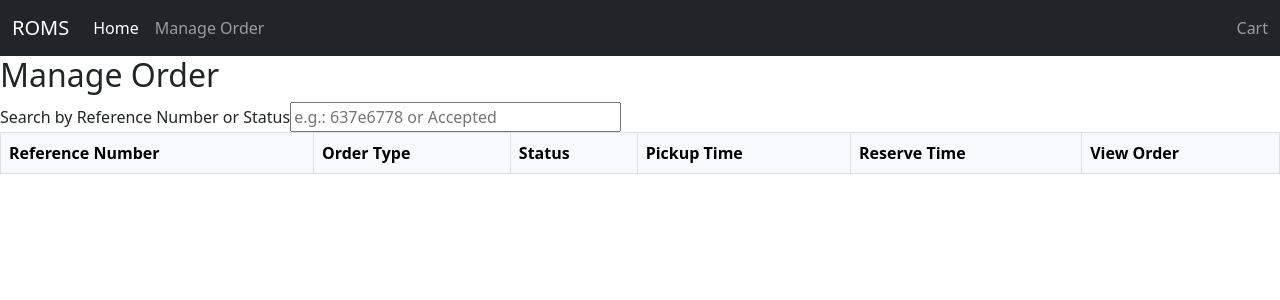
Repository: kayc529/comp231-f22-team4-roms
Page: /manageOrder
The author's editor kept a copy of each file at every save. The page is drawn from the files as they stood at one save, then again after the next save.
The browser window is 1280 px wide. The pictures show the whole page.
The page's requests for data from a server got no answer. The project was rebuilt for these pictures with package versions that can differ from the ones it lists, and the page was loaded fresh each time. No one was signed in, and anything a server would have sent is missing. Also part of the build but not shown: src/components/ExampleComponent.js, src/components/ExampleBox.js, src/pages/example/ExampleHomePage.js, src/pages/example/ExampleNotFoundPage.js, src/features/cart/cartActions.js, src/pages/Cart.js, src/pages/ViewOrder.js.

Above is the page before, as saved 2022-12-04 23:45:19.

### src/index.js
import React from 'react';
import { createRoot } from 'react-dom/client';
import { Provider } from 'react-redux';
import './index.css';
import store from './store';
import App from './App';
//stylesheet for bootstrap
import 'bootstrap/dist/css/bootstrap.min.css';
import 'bootstrap/dist/js/bootstrap.min.js';

const container = document.getElementById('root');
const root = createRoot(container);

root.render(
  <Provider store={store}>
    <App />
  </Provider>
);

### src/index.css
body {
  margin: 0;
  font-family: -apple-system, BlinkMacSystemFont, 'Segoe UI', 'Roboto', 'Oxygen',
    'Ubuntu', 'Cantarell', 'Fira Sans', 'Droid Sans', 'Helvetica Neue',
    sans-serif;
  -webkit-font-smoothing: antialiased;
  -moz-osx-font-smoothing: grayscale;
  color: black;
}

code {
  font-family: source-code-pro, Menlo, Monaco, Consolas, 'Courier New',
    monospace;
}

/*Cart Page*/
.cartItem {
  display: grid;
  row-gap: 0.5rem;
  padding: 15px 30px;
}

.cartItem .img-thumbnail{
  max-width: 100px;
}

/*STUFF FOR SIGNIN/SIGNUP PORTIONS*/

.signin-form {
  max-width: 30rem;
  margin-top: 3rem;
}

.signin-form input {
  margin-bottom: 2em;
  text-align: center;
}

.signin-form a {
  text-decoration: none;
  color: black;
  font-size: 1.5em;
  border-radius: 4px;
  padding: 10px;
}

.signin-form a:hover {
  transition: .5s ease-in-out;
  font-size: 1.8em;
  color: black;
}

.signup-container {
  margin-top: 3rem;
}

.signup-form {
  max-width: 30rem;
}

.signup-form input {
  text-align: center;
  margin-bottom: 15px;
}

.radio {
  margin-right: 5px;
  margin-left: 20px;
  margin-top: 10px;
}

/*END OF STUFF FOR SIGNIN/SIGNUP PORTIONS*/

### src/store.js
import { configureStore } from '@reduxjs/toolkit';
import exampleReducer from './features/example/exampleSlice';
import cartReducers from './features/cart/cartReducers';
import menuReducer from './features/menu/menuSlice';
import staffReducer from './features/staff/staffSlice';


//YOU MUST PUT THE REDUCER INSIDE THE STORE
//OR ELSE YOU CAN'T DISPATCH THEIR ACTIONS FROM ANY OF THE APP COMPONENTS
const store = configureStore({
  reducer: {
    example: exampleReducer,
    cart: cartReducers,
    menu: menuReducer,
    staff: staffReducer
  },
});

export default store;

### src/App.js
import { Routes, Route, BrowserRouter } from 'react-router-dom';
import ExampleHomePage from './pages/example/ExampleHomePage';
import ExampleNotFoundPage from './pages/example/ExampleNotFoundPage';
import Menu from './components/Menu';
import CartPage from './pages/Cart';
import ManageOrderPage from './pages/ManageOrder';
import ViewOrderPage from './pages/ViewOrder';

function App() {
  return (
    <>
      <BrowserRouter>
        <Routes>
          <Route path='/' element={<Menu />}>
            <Route index element={<ExampleHomePage />} />
            <Route path='cart' element={<CartPage />} />
            <Route path='manageOrder' element={<ManageOrderPage/>} />
            <Route path='viewOrder/:id' element={<ViewOrderPage/>} />
            {/* add page here if you want the shared layout*/}
          </Route>
          {/* add page here if you don't want the shared layout*/}

          {/* !!not found page must be placed at the very end!!*/}
          <Route path='*' element={<ExampleNotFoundPage />} />
        </Routes>
      </BrowserRouter>
    </>
  );
}

export default App;

### src/features/example/exampleSlice.js
import { createSlice, createAsyncThunk } from '@reduxjs/toolkit';
import { getUniversityListThunk } from './exampleThunk';

//slice is similar to a feature of the app
//data manipulations that are related to the feature are placed together

//--CREATE INITIAL STATE OF THE SLICE
const initialState = {
  exampleList: [],
  isLoading: false,
  isSwitchOn: false,
};

//--DECLARE AN ACTION
//an async action requires an async thunk(aka middleware)
export const getUniversityList = createAsyncThunk(
  'example/getUniversityList',
  async (countryName, thunkAPI) => {
    return getUniversityListThunk(
      `http://universities.hipolabs.com/search?country=${countryName}`,
      thunkAPI
    );
  }
);

//--CREATE SLICE
const exampleSlice = createSlice({
  name: 'example',
  initialState,
  //reducers are for actions that do not require calling API
  //--DECLARE REDUCER
  reducers: {
    toggleSwitch: (state) => {
      state.isSwitchOn = !state.isSwitchOn;
    },
  },
  //extra reducers are for actions that require calling API (or some other async functions)
  //you can change the value of the states at differnt status of the action i.e. pending, fulfilled, rejected
  //--DECLARE EXTRA REDUCER
  extraReducers: {
    [getUniversityList.pending]: (state) => {
      state.isLoading = true;
    },
    [getUniversityList.fulfilled]: (state, { payload }) => {
      //payload is the data
      //you may have to deconstruct the object depending on the structure of the returned object from the API
      //i.e. const { someFieldName } = payload <-this is called object deconstruction
      //in this example, the API directly returns the list we want so no deconstruction is needed
      state.exampleList = payload.slice(0, 10); //limit to 10 universities only for demo purpose
      state.isLoading = false;
      //you can also dispatch another action here after this action is fulfilled
    },
    [getUniversityList.rejected]: (state) => {
      state.isLoading = false;
      //you can do some error handling here
    },
  },
});

//you have to export both the reducers' actions and the extraReducers
//so that they can be put in the store
//and can be dispatched from other components
export const { toggleSwitch } = exampleSlice.actions;
export default exampleSlice.reducer;

//REMEBER TO PUT THE REDUCER IN THE STORE /src/store.js

### src/features/cart/cartReducers.js
import { ADD_TO_CART, DELETE_FROM_CART } from './cartConstants'

let initialCart = {
	cart: [],
};

if (localStorage.getItem('cart')) {
	initialCart.cart = JSON.parse(localStorage.getItem('cart'));
} else {
	initialCart.cart = [];
}

const cartReducers = (state = initialCart, action) => {
	switch (action.type) {
		case ADD_TO_CART:
		case DELETE_FROM_CART:
			return {
				cart: [...action.payload],
			};
		default:
			return state;
	}
};

export default cartReducers;

### src/features/menu/menuSlice.js
import { createSlice, createAsyncThunk } from '@reduxjs/toolkit';
import {
  getAllMenuItemsThunk,
  getMenuItemThunk,
  addMenuItemThunk,
  editMenuItemThunk,
  deleteMenuItemThunk,
  uploadMenuItemImageThunk,
} from './menuThunk';

const initialState = {
  menuItemList: [],
  menuItem: {},
  isLoading: false,
  errorMsg: '',
};

export const getAllMenuItems = createAsyncThunk(
  'menu/getAllMenuItems',
  async (_, thunkAPI) => {
    return getAllMenuItemsThunk('/menu', thunkAPI);
  }
);

export const getMenuItem = createAsyncThunk(
  'menu/getMenuItem',
  async (menuItemId, thunkAPI) => {
    return getMenuItemThunk(`/menu/${menuItemId}`, thunkAPI);
  }
);

export const addMenuItem = createAsyncThunk(
  'menu/addMenuItem',
  async (menuItemToAdd, thunkAPI) => {
    return addMenuItemThunk('/menu', menuItemToAdd, thunkAPI);
  }
);

export const editMenuItem = createAsyncThunk(
  'menu/editMenuItem',
  async (menuItemToEdit, thunkAPI) => {
    return editMenuItemThunk(
      `/menu/${menuItemToEdit._id}`,
      menuItemToEdit,
      thunkAPI
    );
  }
);

export const deleteMenuItem = createAsyncThunk(
  'menu/deleteMenuItem',
  async (menuItemId, thunkAPI) => {
    return deleteMenuItemThunk(`/menu/${menuItemId}`, thunkAPI);
  }
);

export const uploadMenuItemImage = createAsyncThunk(
  'menu/uploadMenuItemImage',
  async (menuItemId, imageData, thunkAPI) => {
    return uploadMenuItemImageThunk(
      `/menu/upload-image/${menuItemId}`,
      imageData,
      thunkAPI
    );
  }
);

const menuSlice = createSlice({
  name: 'menu',
  initialState,
  reducer: {},
  extraReducers: {
    //GET ALL MENU ITEMS
    [getAllMenuItems.pending]: (state) => {
      state.isLoading = true;
    },
    [getAllMenuItems.fulfilled]: (state, { payload }) => {
      const { menuItems } = payload;
      state.isLoading = false;
      state.menuItemList = menuItems;
    },
    [getAllMenuItems.rejected]: (state) => {
      state.isLoading = false;
    },
    //GET SINGLE MENU ITEM
    [getMenuItem.pending]: (state) => {
      state.isLoading = true;
      state.menuItem = {};
    },
    [getMenuItem.fulfilled]: (state, { payload }) => {
      const { menuItem } = payload;
      state.isLoading = false;
      state.menuItem = menuItem;
    },
    [getMenuItem.rejected]: (state) => {
      state.isLoading = false;
    },
    //ADD MENU ITEM
    [addMenuItem.pending]: (state) => {
      state.isLoading = true;
    },
    [addMenuItem.fulfilled]: (state, { payload }) => {
      state.isLoading = false;
      //the api will return the newly added menu item
      //you can add it to the state if needed
    },
    [addMenuItem.rejected]: (state) => {
      state.isLoading = false;
    },
    //EDIT MENU ITEM
    [editMenuItem.pending]: (state) => {
      state.isLoading = true;
    },
    [editMenuItem.fulfilled]: (state, { payload }) => {
      state.isLoading = false;
      //the api will return the updated menu item
      //you can add it to the state if needed
    },
    [editMenuItem.rejected]: (state) => {
      state.isLoading = false;
    },
    //DELETE MENU ITEM
    [deleteMenuItem.pending]: (state) => {
      state.isLoading = true;
    },
    [deleteMenuItem.fulfilled]: (state) => {
      state.isLoading = false;
    },
    [deleteMenuItem.rejected]: (state) => {
      state.isLoading = false;
    },
    //UPLOAD MENU ITEM IMAGE
    [uploadMenuItemImage.pending]: (state) => {
      state.isLoading = true;
    },
    [uploadMenuItemImage.fulfilled]: (state) => {
      state.isLoading = false;
    },
    [uploadMenuItemImage.rejected]: (state) => {
      state.isLoading = false;
    },
  },
});

export default menuSlice.reducer;

### src/features/staff/staffSlice.js
import { createSlice, createAsyncThunk } from '@reduxjs/toolkit';
import {
  getAllStaffsThunk,
  getStaffThunk,
  editStaffThunk,
  deleteStaffThunk,
} from './staffThunk';

const initialState = {
  staffsList: [],
  staff: {},
  isLoading: false,
  errorMsg: '',
};

export const getAllStaffs = createAsyncThunk(
  'staffs/getAllStaffs',
  async (_, thunkAPI) => {
    return getAllStaffsThunk('/staffs', thunkAPI);
  }
);

export const getStaff = createAsyncThunk(
  'staffs/getStaff',
  async (staffId, thunkAPI) => {
    return getStaffThunk(`/staffs/edit/${staffId}`, thunkAPI);
  }
);

export const editStaff = createAsyncThunk(
  'staffs/editStaff',
  async (updatedStaff, thunkAPI) => {
    return editStaffThunk(
      `/staffs/edit/${updatedStaff.id}`,
      updatedStaff,
      thunkAPI
    );
  }
);

export const deleteStaff = createAsyncThunk(
  'staffs/deleteStaff',
  async (staffId, thunkAPI) => {
    return deleteStaffThunk(`/staffs/delete/${staffId}`, thunkAPI);
  }
);

const staffSlice = createSlice({
  name: 'staff',
  initialState,
  reducer: {},
  extraReducers: {
    //GET ALL STAFFS
    [getAllStaffs.pending]: (state) => {
      state.isLoading = true;
    },
    [getAllStaffs.fulfilled]: (state, { payload }) => {
      const { staffs } = payload;
      state.isLoading = false;
      state.staffsList = staffs;
    },
    [getAllStaffs.rejected]: (state) => {
      state.isLoading = false;
    },
    //GET SINGLE STAFF
    [getStaff.pending]: (state) => {
      state.isLoading = true;
      state.staff = {};
    },
    [getStaff.fulfilled]: (state, { payload }) => {
      const { staff } = payload;
      state.isLoading = false;
      state.staff = staff;
    },
    [getStaff.rejected]: (state) => {
      state.isLoading = false;
    },

    //EDIT STAFF
    [editStaff.pending]: (state) => {
      state.isLoading = true;
    },
    [editStaff.fulfilled]: (state, { payload }) => {
      state.isLoading = false;
    },
    [editStaff.rejected]: (state) => {
      state.isLoading = false;
    },
    //DELETE STAFF
    [deleteStaff.pending]: (state) => {
      state.isLoading = true;
    },
    [deleteStaff.fulfilled]: (state) => {
      state.isLoading = false;
    },
    [deleteStaff.rejected]: (state) => {
      state.isLoading = false;
    },
  },
});

export default staffSlice.reducer;

### src/components/Menu.js
import { Outlet } from 'react-router-dom';

const Menu = () => {
  return (
    <>
      <header>
        <nav className="navbar navbar-expand-lg bg-dark navbar-dark">
          <div className="container-fluid">
            <a className="navbar-brand" href="/">ROMS</a>
            <button className="navbar-toggler" type="button" data-bs-toggle="collapse" data-bs-target="#navbarNavDropdown">
              <span className="navbar-toggler-icon"></span>
            </button>
            <div className="collapse navbar-collapse" id="navbarNavDropdown">
              <ul className="navbar-nav">
                <li className="nav-item">
                  <a className="nav-link active" href="/">Home</a>
                </li>
                <li>
                  <a className="nav-item nav-link navbar-text" href="/ManageOrder"> Manage Order</a>
                  </li>
              </ul>
            </div>
            <a className="nav-item nav-link navbar-text" href="/cart">Cart</a>
          </div>
        </nav>
      </header>
      <main>
        <Outlet />
      </main>
      <footer></footer>
    </>
  );
};

export default Menu;

### src/pages/ManageOrder.js
import React, {useState, useEffect} from 'react';
import BootstrapSwitchButton from 'bootstrap-switch-button-react';
import ToogleButton from 'react-toggle-button';
import {Button, Table} from 'react-bootstrap';
import axios from '../utils/orderFetch';
import ViewOrder from './ViewOrder';
import { Link } from "react-router-dom";
import Dropdown from 'react-bootstrap/Dropdown';

const ManageOrder =()=>{
    const [orderData, setOrderData] = useState([]);
    // const orderStatus = Object.keys(orderData).map(function (key){
    //     return orderData[key].status});
    // const [orderState, setOrderState] = useState(orderStatus);
    const [searchKeyword, setSearchKeyword] = useState("");

    useEffect(()=>{
        const fetchData = async () =>{
            const result = await axios.get('/api/v1/orders/')
            const resultData = result.data.orders
            setOrderData(resultData)
        }
        fetchData();
    }, []);

    return (
        <div className='control-main'>

            <h2>Manage Order</h2>

            <label> Search by Reference Number or Status </label>
                <input className="txtSearch" placeholder='e.g.: 637e6778 or Accepted'
                type="text"
                size={30}
                onChange={(e) =>{setSearchKeyword(e.target.value)}}
            />


            <Table striped bordered hover variant="light">
                <thead>
                    <tr>
                        <th>Reference Number</th>
                        <th>Order Type</th>
                        <th>Status</th>
                        <th>Pickup Time</th>
                        <th>Reserve Time</th>
                        <th>View Order</th>
                    </tr>
                </thead>

                <tbody>
                {orderData.filter((order) => {
                    if (searchKeyword.length ===0){
                        return order;
                    }

                    else if (order.referenceNumber == searchKeyword || order.status == searchKeyword.toUpperCase()){
                        return order;
                    }
                    }).map((order, i) => (
                    <tr key={i}>

                        <td >{order.referenceNumber}
                        </td>
                        {order.orderType == "TAKE_OUT"? <td>Take Out</td>: <td>Dine In</td>}
                        <td >{order.status}
                        </td>
                        <td >{order.pickupTime}
                        </td>
                        <td >{order.reserveTime}
                        </td>
                        <td>
                            <Link to={`../ViewOrder/${order._id}`}>
                                <Button size="sm">View </Button>
                            </Link>
                        </td>
                    </tr>
                ))}
                </tbody>
            </Table>


        </div>

    );


};

export default ManageOrder;

### src/features/example/exampleThunk.js
import customFetch from '../../utils/customFetch';

//thunks are separated into different file for cleaner codes
//of course you can put these codes inside the action in the slice file
//but it is a good practice to separate the codes
export const getUniversityListThunk = async (url, thunkAPI) => {
  //must use try catch block when calling API!!
  try {
    const res = await customFetch.get(url);
    //you can always check out the structure of the returned object by logging
    console.log(res.data);
    //you can do something here
    //thunkAPI allows you to dispatch another action
    //e.g. thunkAPI.dispatch(someOtherAction());
    return res.data;
  } catch (error) {
    //you can do error handling here
    //thunkAPI allows you to dispatch another action
    //e.g. thunkAPI.dispatch(someErrorHandlingAction());
    return thunkAPI.rejectWithValue(error.response.data.msg);
  }
};

### src/features/cart/cartConstants.js
export const ADD_TO_CART = 'ADD_TO_CART';
export const DELETE_FROM_CART = 'DELETE_FROM_CART';

### src/features/menu/menuThunk.js
import customFetch from '../../utils/customFetch';

export const getAllMenuItemsThunk = async (url, thunkAPI) => {
  try {
    const res = await customFetch.get(url);
    console.log(res.data);
    return res.data;
  } catch (error) {
    return thunkAPI.rejectWithValue(error.response.data.msg);
  }
};

export const getMenuItemThunk = async (url, thunkAPI) => {
  try {
    const res = await customFetch.get(url);
    console.log(res.data);
    return res.data;
  } catch (error) {
    return thunkAPI.rejectWithValue(error.response.data.msg);
  }
};

export const addMenuItemThunk = async (url, newMenuItem, thunkAPI) => {
  try {
    const res = await customFetch.post(url, newMenuItem);
    console.log(res.data);
    return res.data;
  } catch (error) {
    return thunkAPI.rejectWithValue(error.response.data.msg);
  }
};

export const editMenuItemThunk = async (url, updatedMenuItem, thunkAPI) => {
  try {
    const res = await customFetch.patch(url, updatedMenuItem);
    console.log(res.data);
    return res.data;
  } catch (error) {
    return thunkAPI.rejectWithValue(error.response.data.msg);
  }
};

export const deleteMenuItemThunk = async (url, thunkAPI) => {
  try {
    const res = await customFetch.delete(url);
    console.log(res.data);
    return res.data;
  } catch (error) {
    return thunkAPI.rejectWithValue(error.response.data.msg);
  }
};

export const uploadMenuItemImageThunk = async (url, imageData, thunkAPI) => {
  try {
    const res = await customFetch.post(url, imageData);
    console.log(res.data);
    return res.data;
  } catch (error) {
    return thunkAPI.rejectWithValue(error.response.data.msg);
  }
};

### src/features/staff/staffThunk.js
import customFetch from '../../utils/customFetch';

export const getAllStaffsThunk = async (url, thunkAPI) => {
  try {
    const res = await customFetch.get(url);
    console.log(res.data);
    return res.data;
  } catch (error) {
    return thunkAPI.rejectWithValue(error.response.data.msg);
  }
};

export const getStaffThunk = async (url, thunkAPI) => {
  try {
    const res = await customFetch.get(url);
    console.log(res.data);
    return res.data;
  } catch (error) {
    return thunkAPI.rejectWithValue(error.response.data.msg);
  }
};

export const editStaffThunk = async (url, updatedStaff, thunkAPI) => {
  try {
    const res = await customFetch.patch(url, updatedStaff);
    console.log(res.data);
    return res.data;
  } catch (error) {
    return thunkAPI.rejectWithValue(error.response.data.msg);
  }
};

export const deleteStaffThunk = async (url, thunkAPI) => {
  try {
    const res = await customFetch.delete(url);
    console.log(res.data);
    return res.data;
  } catch (error) {
    return thunkAPI.rejectWithValue(error.response.data.msg);
  }
};

### src/utils/orderFetch.js
import axios from 'axios';

const getBaseUrl = () => {
  //will use the url of the backend later
  return '';
};

const orderFetch = axios.create({
  baseURL: 'http://localhost:4000/',
  headers: "application/json"
});

//orderFetch.get('/api/v1/orders')

export default orderFetch;

### src/utils/customFetch.js
import axios from 'axios';

const getBaseUrl = () => {
  //will use the url of the backend later
  return '';
};

const customFetch = axios.create({
  baseURL: getBaseUrl(),
});

export default customFetch;

After the next save:
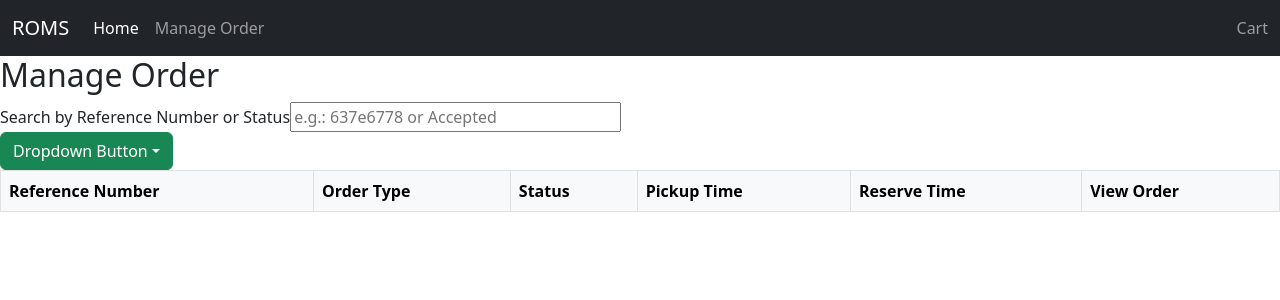
Saved 12 s later.
--- a/src/pages/ManageOrder.js
+++ b/src/pages/ManageOrder.js
@@ -34,7 +34,17 @@ const ManageOrder =()=>{
                 size={30}
                 onChange={(e) =>{setSearchKeyword(e.target.value)}}
             />
+            <Dropdown>
+      <Dropdown.Toggle variant="success" id="dropdown-basic">
+        Dropdown Button
+      </Dropdown.Toggle>
 
+      <Dropdown.Menu>
+        <Dropdown.Item href="#/action-1">Action</Dropdown.Item>
+        <Dropdown.Item href="#/action-2">Another action</Dropdown.Item>
+        <Dropdown.Item href="#/action-3">Something else</Dropdown.Item>
+      </Dropdown.Menu>
+    </Dropdown>
 
             <Table striped bordered hover variant="light">
                 <thead>
